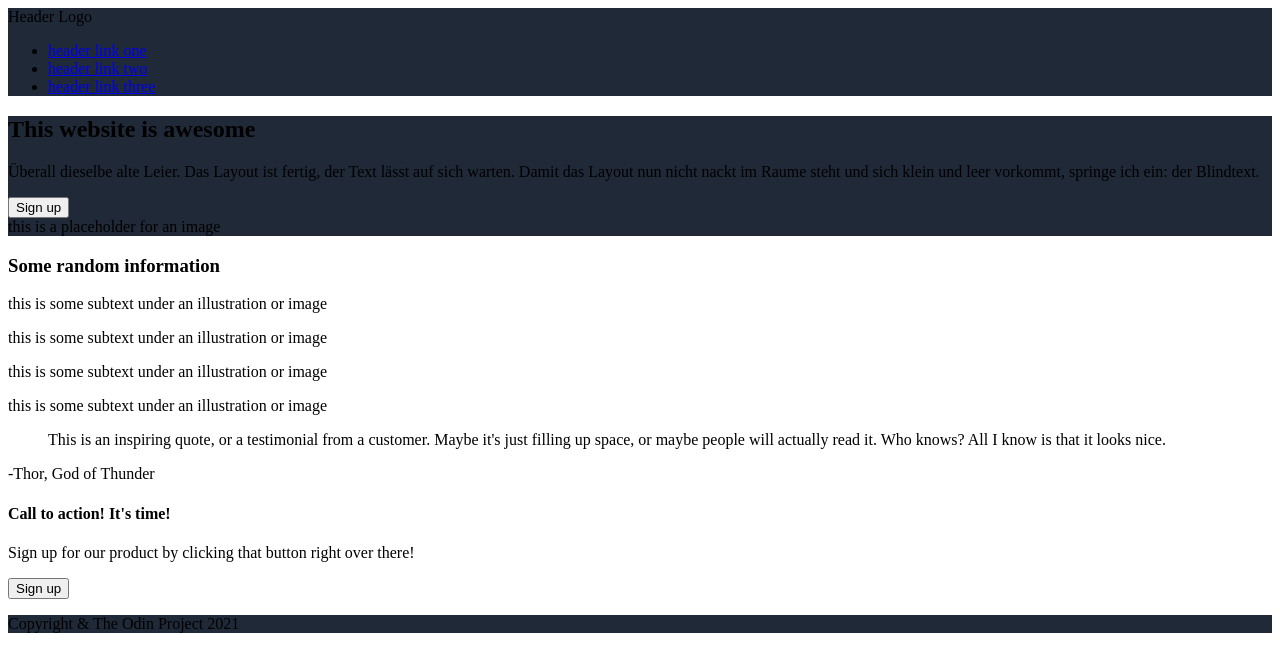
Repository: evemcd/odin_project
Page: odin-project2-landing-page/index.html
These files come from the project's save history. The page is drawn as it stood at one moment and after the next save; the edit follows.
The browser window is 1280 px wide. The pictures show the whole page.

Above is the page before, as saved 2022-02-08 09:02:57.

After the next save:
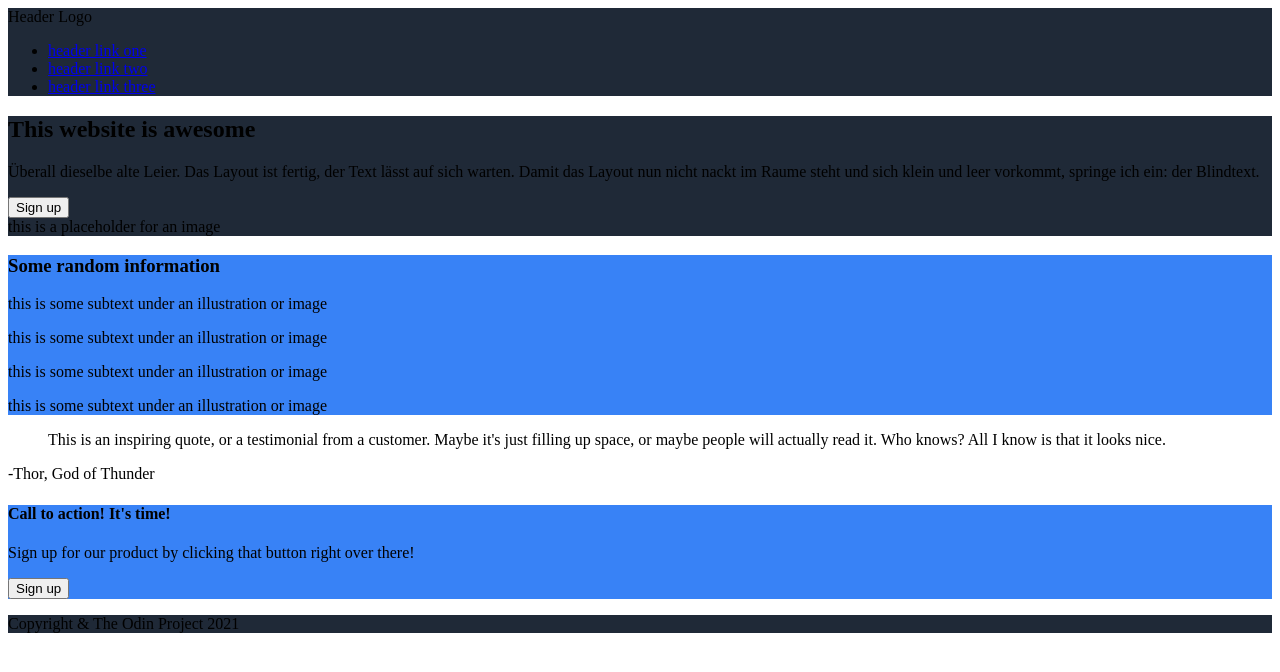
Saved 63 s later.
--- a/odin-project2-landing-page/style.css
+++ b/odin-project2-landing-page/style.css
@@ -3,3 +3,8 @@ header,
 footer {
     background-color: #1F2937;
 }
+
+.container2,
+.container4 {
+    background-color: #3882F6;
+}
